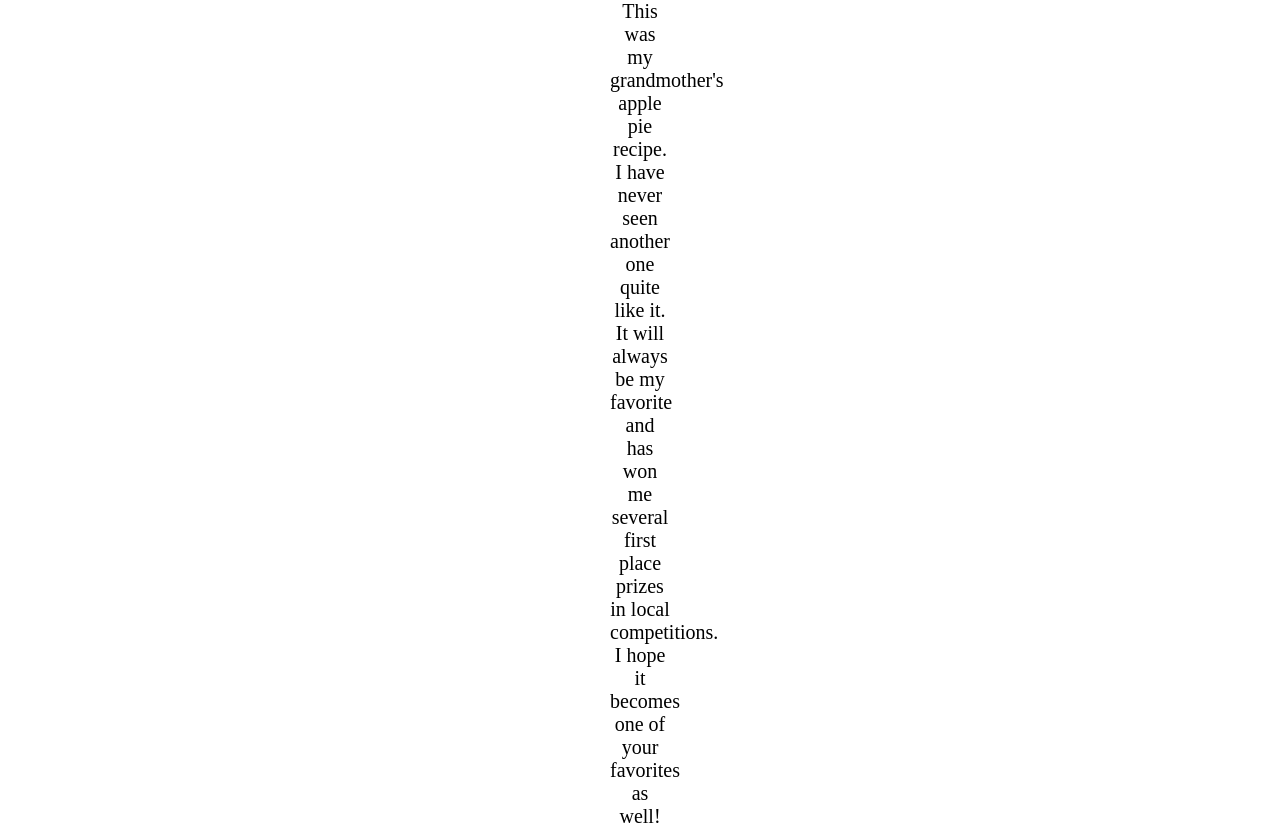
Repository: ChristianGecchelin/lab-css-recipes-clone
Page: apple-pie/index.html
An editor plug-in stored every save of this project. The page is shown before and after the next save, followed by the edit.
The browser window is 1280 px wide. The pictures show the part of the page from y = 504 to 1332 px (the page is 1332 px tall before and 720 px after).

Above is the page before, as saved 2022-06-01 14:47:13.

### apple-pie/index.html
<!DOCTYPE html>
<html lang="en">
  <head>
    <meta charset="UTF-8" />
    <meta name="viewport" content="width=device-width, initial-scale=1.0" />
    <title>Apple Pie Recipe</title>
    <!-- don't forget to link your styles -->
    <link rel="stylesheet" href="./styles/style.css" />
  </head>
  <body>
    <header class="">
      <img src="../apple-pie/images/apple-pie.jpg" alt="" />
      <h1>Apple Pie</h1>
    </header>
    <section class="introduction">
      <p>
        This was my grandmother's apple pie recipe. I have never seen another
        one quite like it. It will always be my favorite and has won me several
        first place prizes in local competitions. I hope it becomes one of your
        favorites as well!
      </p>
    </section>
    <!--  Ingredients 1 recipe pastry for a 9 inch double crust pie 1/2 cup unsalted
    butter 3 tablespoons all-purpose flour 1/4 cup water 3 tablespoons
    all-purpose flour 1/4 cup water 1/2 cup white sugar 1/2 cup packed brown
    sugar 8 Granny Smith apples - peeled, cored and sliced Directions Preheat
    oven to 425 degrees F (220 degrees C). Melt the butter in a saucepan. Stir
    in flour to form a paste. Add water, white sugar and brown sugar, and bring
    to a boil. Reduce temperature and let simmer. Place the bottom crust in your
    pan. Fill with apples, mounded slightly. Cover with a lattice work crust.
    Gently pour the sugar and butter liquid over the crust. Pour slowly so that
    it does not run off. Bake 15 minutes in the preheated oven. Reduce the
    temperature to 350 degrees F (175 degrees C). Continue baking for 35 to 45
    minutes, until apples are soft. -->
  </body>
</html>

### apple-pie/styles/style.css
* {
  margin: 0;
  padding: 0;
  font-size: 62.5%;
}
header {
  position: relative;
  display: flex;
  flex-direction: column;
  justify-content: center;
  align-items: center;
}
header img {
  width: 100%;
  height: 70vh;
  position: relative;
  object-fit: cover;
}
header h1 {
  position: absolute;
  color: white;
  font-size: 4rem;
  font-weight: 400;
  font-family: sans-serif;
  letter-spacing: 1.5px;
}
.introduction {
  display: flex;
  flex-direction: column;
  justify-content: center;
  align-items: center;
}
.introduction p {
  width: 60px;
  font-size: 2rem;
  text-align: center;
}

After the next save:
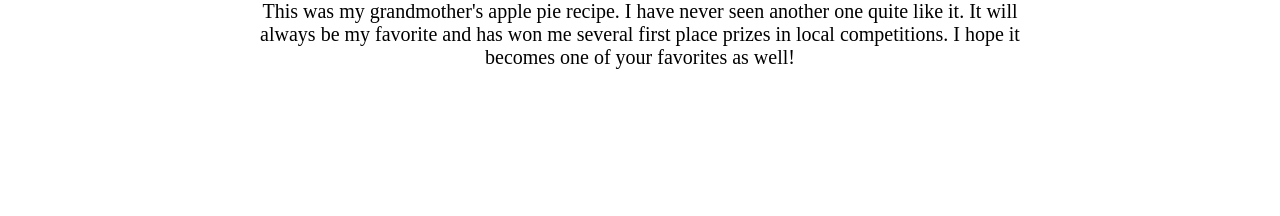
Saved 4 s later.
--- a/apple-pie/styles/style.css
+++ b/apple-pie/styles/style.css
@@ -31,7 +31,7 @@ header h1 {
   align-items: center;
 }
 .introduction p {
-  width: 60px;
+  width: 60%;
   font-size: 2rem;
   text-align: center;
 }
